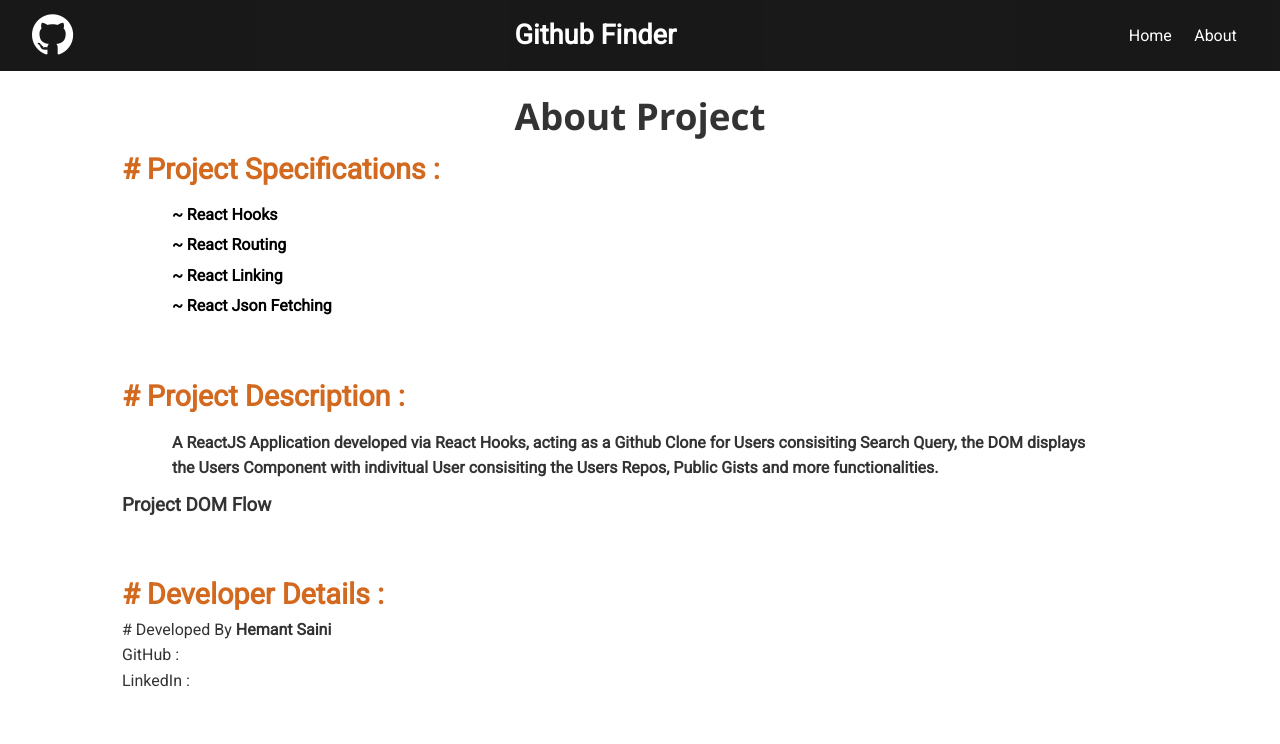
Repository: hemantsaini-7/ReactHooks-GitHub-Clone
Page: /about
An editor plug-in stored every save of this project. The page is shown before and after the next save, followed by the edit.
The browser window is 1280 px wide. The pictures show the whole page.
The project was rebuilt for these pictures with package versions that can differ from the ones it lists, and the page was loaded fresh each time. Also part of the build but not shown: src/components/users/UserItem.js, src/components/layout/Spinner.js, src/components/users/Users.js, src/components/repos/RepoItem.js, src/components/repos/Repos.js, src/components/users/User.js, src/components/users/Search.js, src/components/layout/Alert.js.

Above is the page before, as saved 2020-08-06 10:32:40.

After the next save:
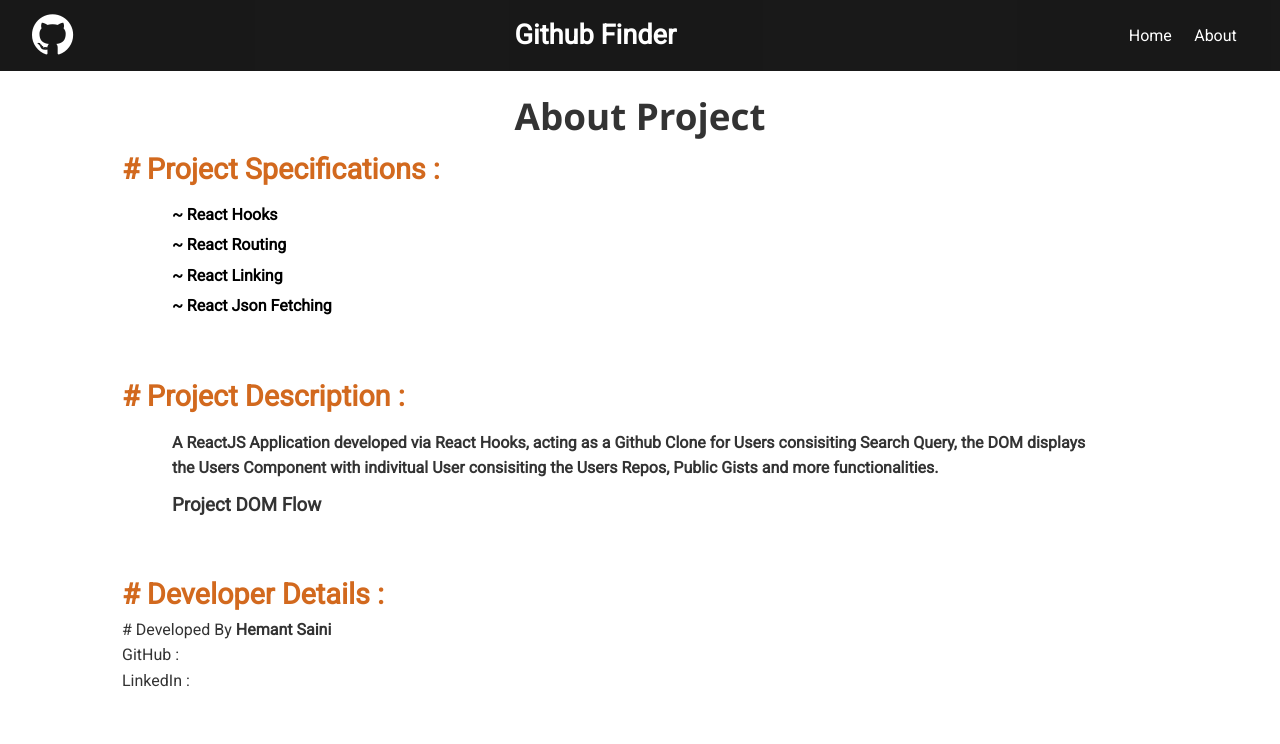
Saved 29 s later.
--- a/src/App.css
+++ b/src/App.css
@@ -408,6 +408,9 @@
   margin: 10px 50px;
   font-weight: bold;
 }
+.content-div h3 {
+  margin: 10px 50px;
+}
 .list {
   margin: 10px 50px;
 }
